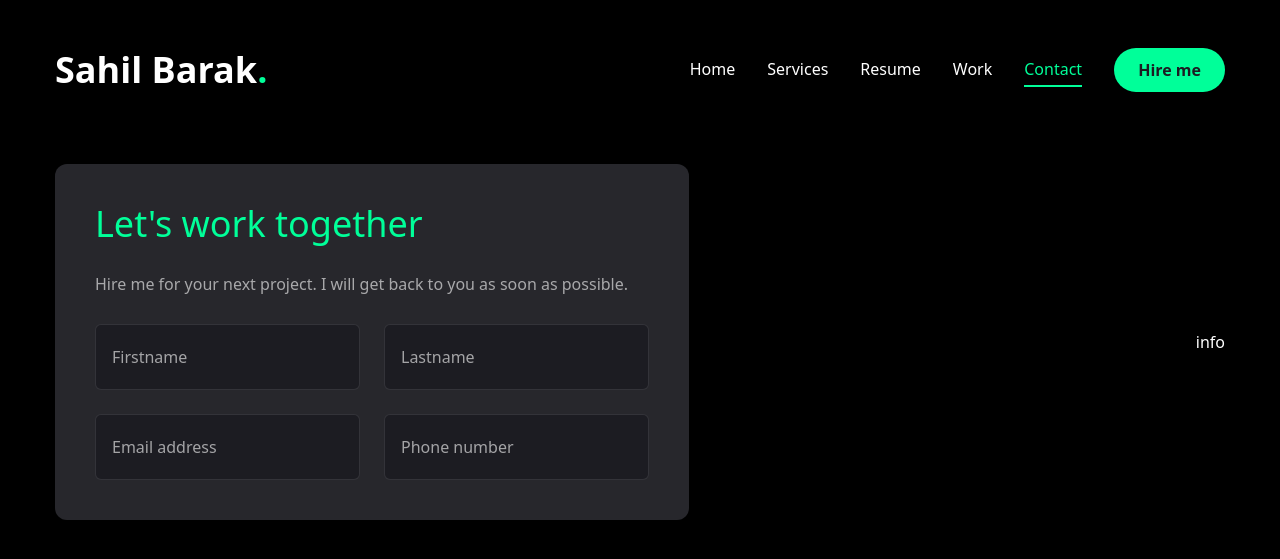
Repository: Moxsahil/My_portfolio
Page: /contact (app in sahil-portfolio/)
These files come from the project's save history. The page is drawn as it stood at one moment and after the next save; the edit follows.
The browser window is 1280 px wide. The pictures show the whole page.
The project was rebuilt for these pictures with package versions that can differ from the ones it lists, and the page was loaded fresh each time. The framework's server and built-in components were replaced by stand-ins that run in the browser. Also part of the build but not shown: sahil-portfolio/next.config.mjs, sahil-portfolio/components/ui/textarea.jsx. Imported but missing from the stored project, and not drawn on this page: sahil-portfolio/components/ui/select.

Above is the page before, as saved 2024-10-06 15:49:52.

After the next save:
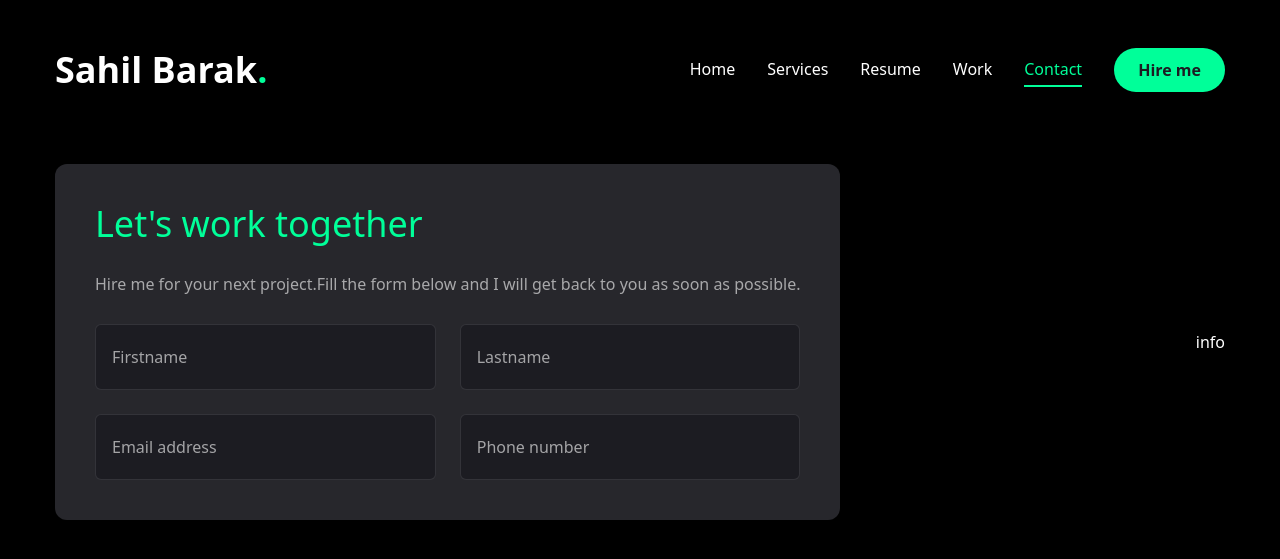
Saved 47 s later.
--- a/sahil-portfolio/app/contact/page.jsx
+++ b/sahil-portfolio/app/contact/page.jsx
@@ -52,7 +52,7 @@
           <div className="xl:h-[54%] order-2 xl:order-none">
             <form className="flex flex-col gap-6 p-10 bg-[#27272c] rounded-xl">
               <h3 className="text-4xl text-accent">Let's work together</h3>
-              <p className="text-white/60">Hire me for your next project. I will get back to you as soon as possible.
+              <p className="text-white/60">Hire me for your next project.Fill the form below and I will get back to you as soon as possible.
               </p>
               {/* Input */}
               <div className="grid grid-cols-1 md:grid-cols-2 gap-6">
